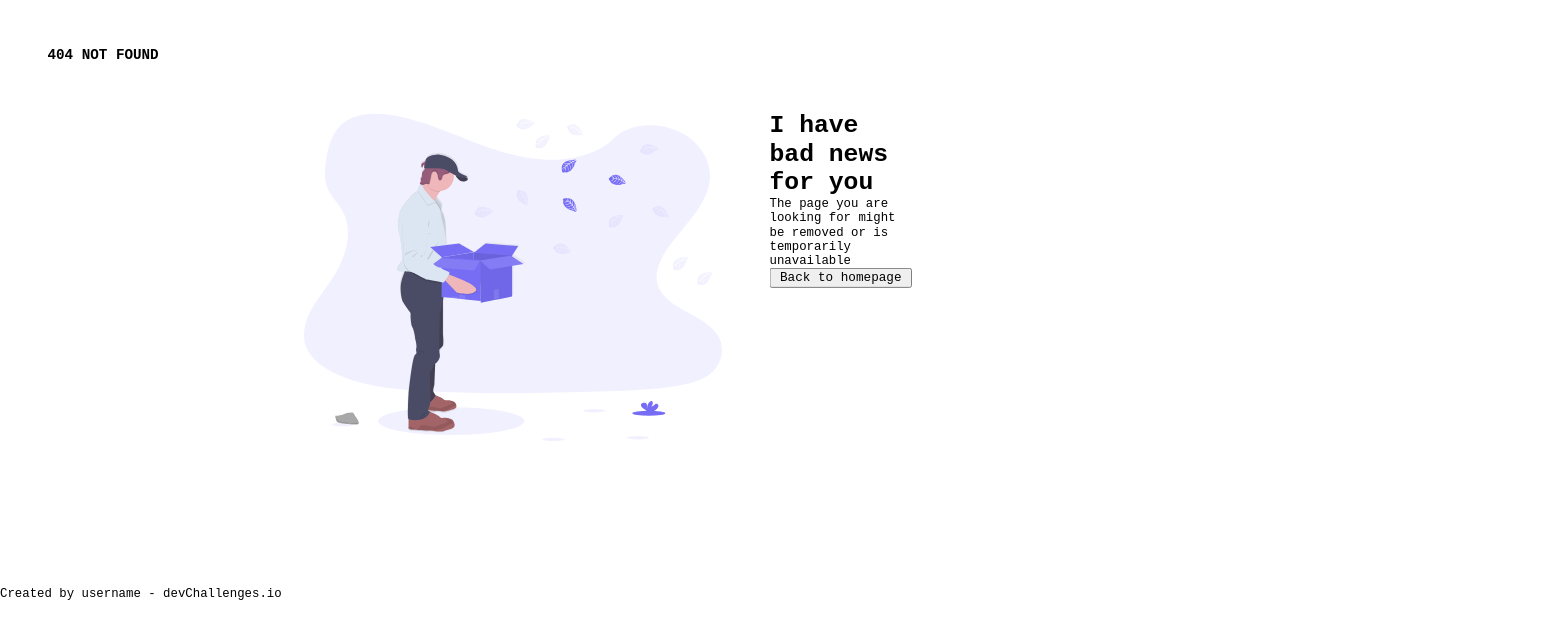
Repository: georgisenze/404-not-found-challeng
Page: index.html
An editor plug-in stored every save of this project. The page is shown before and after the next save, followed by the edit.
The browser window is 1280 px wide. The page is 1280 px wide, then 1635 px, then 1280 px, so the pictures cover 1635 px, including what lies to the right of the window. The pictures show the whole page, at 95% of full size.

Above is the page before, as saved 2023-02-21 06:49:13.

After the next save:
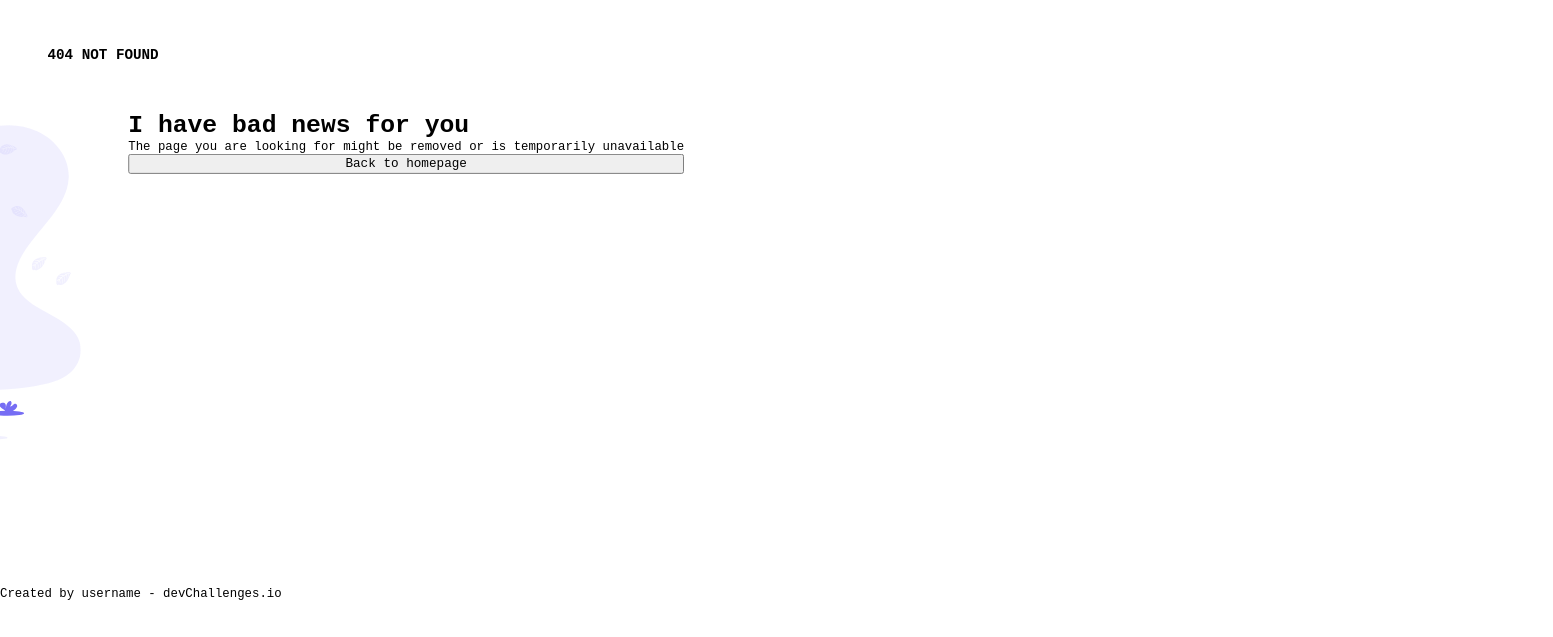
Saved 24 s later.
--- a/assets/css/style.css
+++ b/assets/css/style.css
@@ -41,5 +41,5 @@
     flex-direction: column;
     flex-wrap: wrap;
     align-content: space-between;
-    width: 150px;
+    width: 1500px;
 }

After the save that followed:
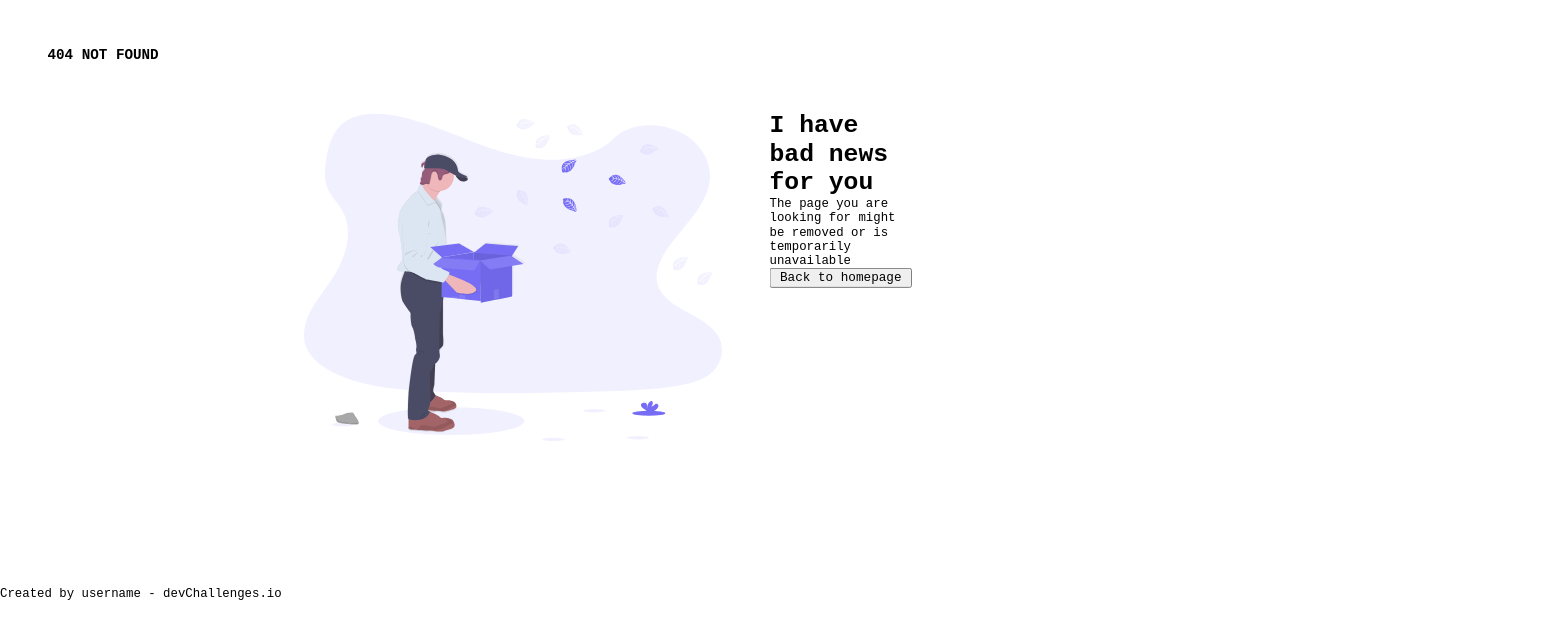
Saved 10 s later.
--- a/assets/css/style.css
+++ b/assets/css/style.css
@@ -41,5 +41,5 @@
     flex-direction: column;
     flex-wrap: wrap;
     align-content: space-between;
-    width: 1500px;
+    width: 150px;
 }
